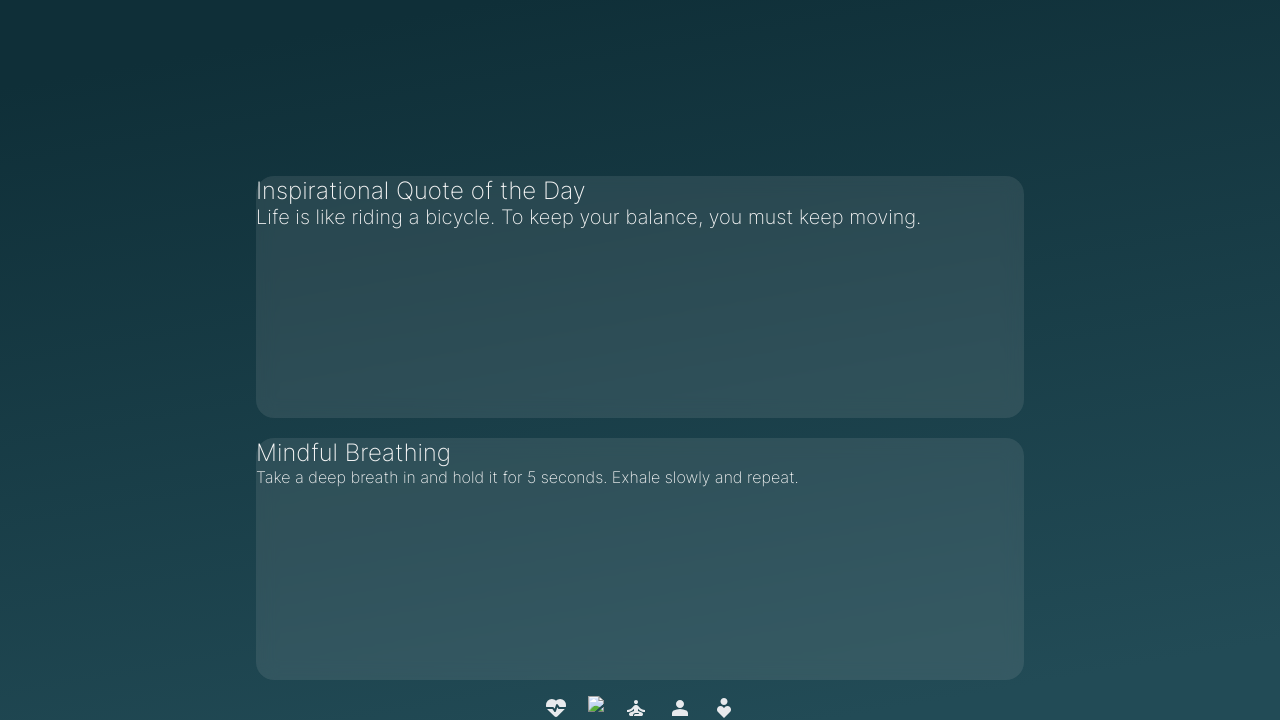
Repository: aaronw-dev/Zen
Page: dashboard.html
An editor plug-in stored every save of this project. The page is shown before and after the next save, followed by the edit.
The browser window is 1280 px wide. The pictures show the whole page.

Above is the page before, as saved 2024-06-08 13:39:19.
Not found: static/icons/jounral.svg

After the next save:
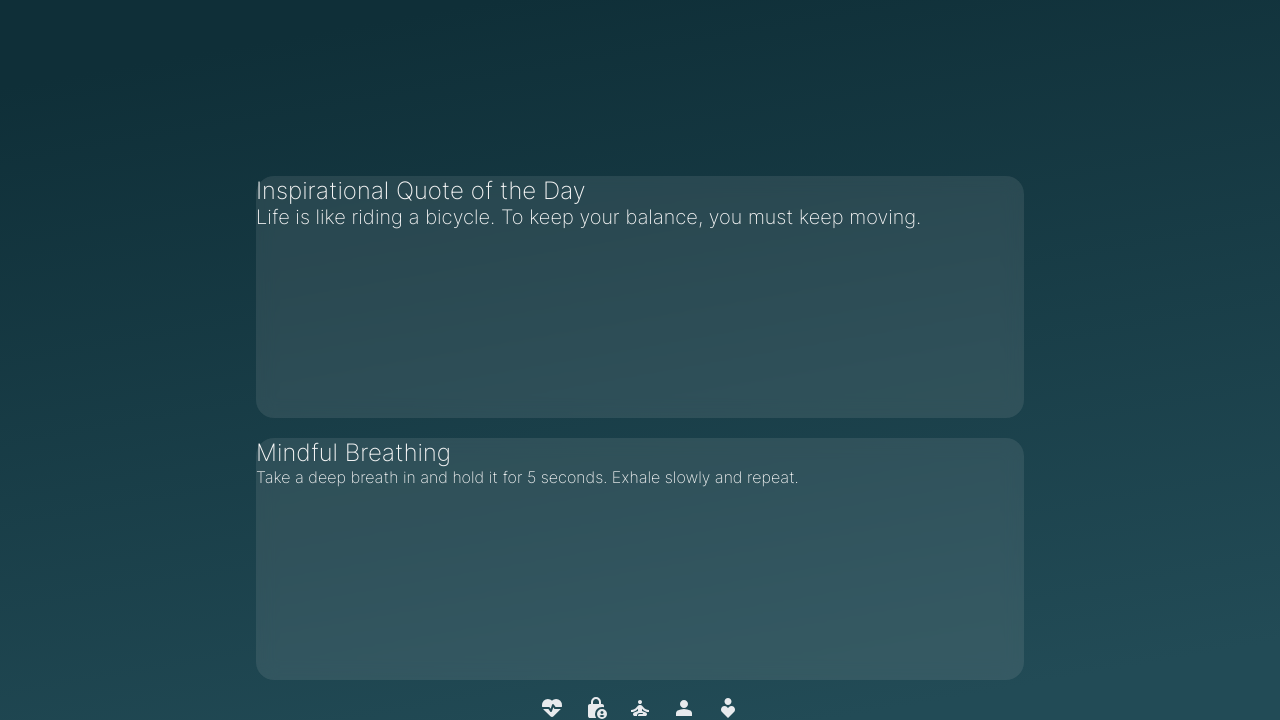
Saved 9 s later.
--- a/dashboard.html
+++ b/dashboard.html
@@ -25,7 +25,7 @@
     </div>
     <div class="bottom-icons">
         <img src="../static/icons/crisis.svg">
-        <img src="../static/icons/jounral.svg">
+        <img src="../static/icons/journal.svg">
         <img src="../static/icons/meditate.svg">
         <img src="../static/icons/profile.svg">
         <img src="../static/icons/counselling.svg">
